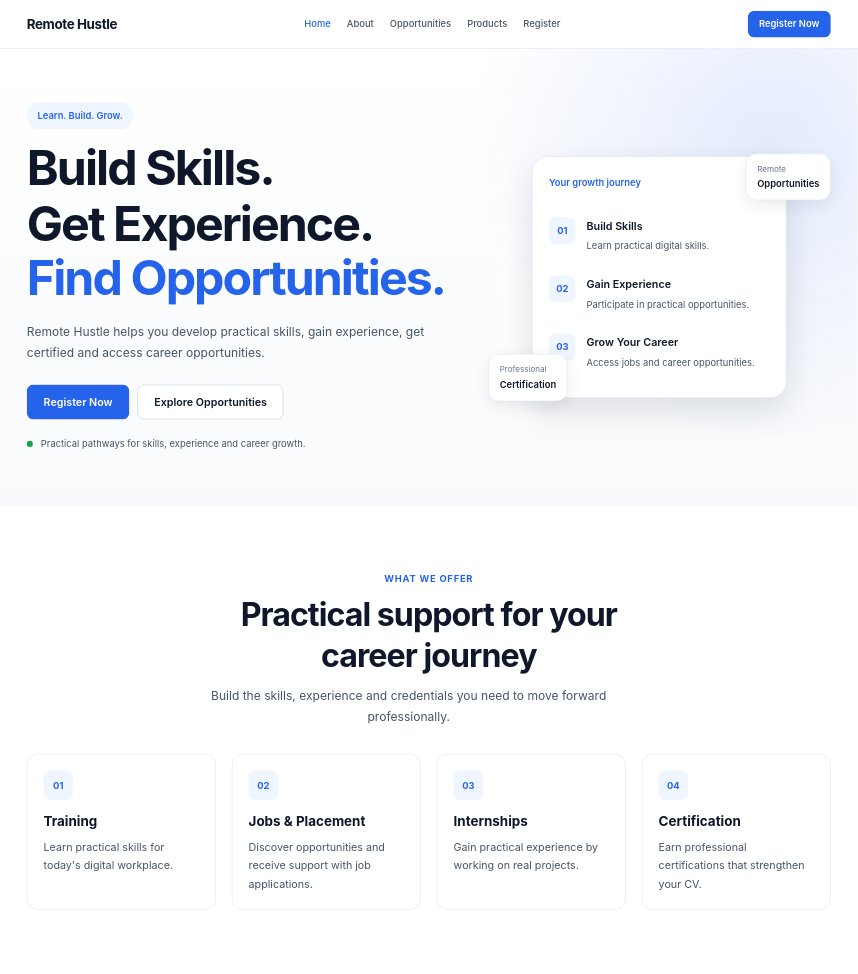
Repository: Lovethrech/remote-hustle
Page: /
The author's editor kept a copy of each file at every save. The page is drawn from the files as they stood at one save, then again after the next save.
The browser window is 1280 px wide. The pictures show the whole page, at 67% of full size.
The project was rebuilt for these pictures with package versions that can differ from the ones it lists, and the page was loaded fresh each time. The framework's server and built-in components were replaced by stand-ins that run in the browser. Also part of the build but not shown: nuxt.config.ts, app/components/atoms/BaseInput.vue, app/components/atoms/BaseSelect.vue, app/components/molecules/OpportunityCard.vue, app/components/molecules/PageHero.vue, app/components/molecules/ProductCard.vue.

Above is the page before, as saved 2026-08-25 20:38:34.

After the next save:
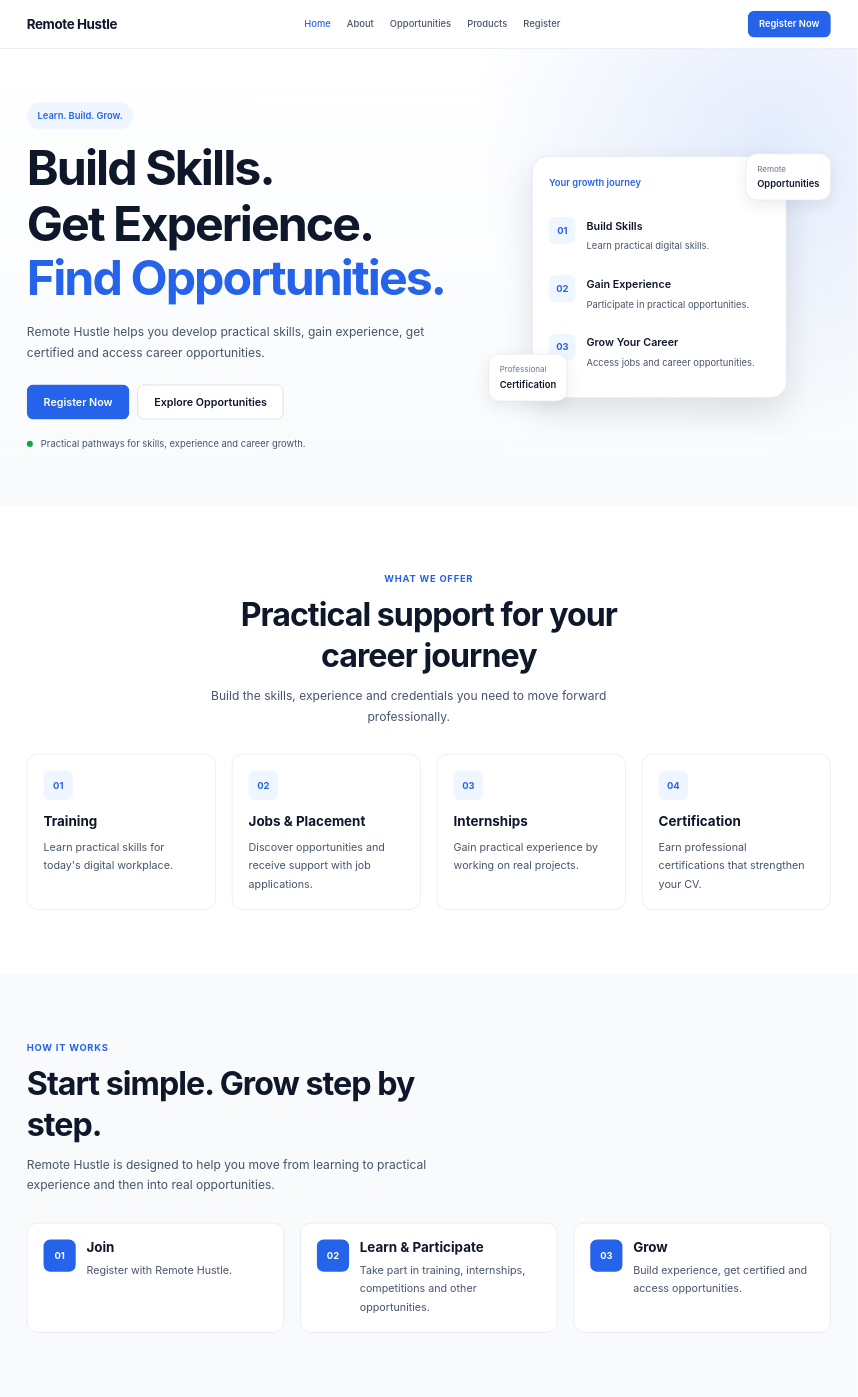
Saved 19 s later.
--- a/app/pages/index.vue
+++ b/app/pages/index.vue
@@ -2,5 +2,6 @@
   <main>
     <OrganismsHeroSection />
     <OrganismsOfferSection />
+    <HowItWorks />
   </main>
 </template>
